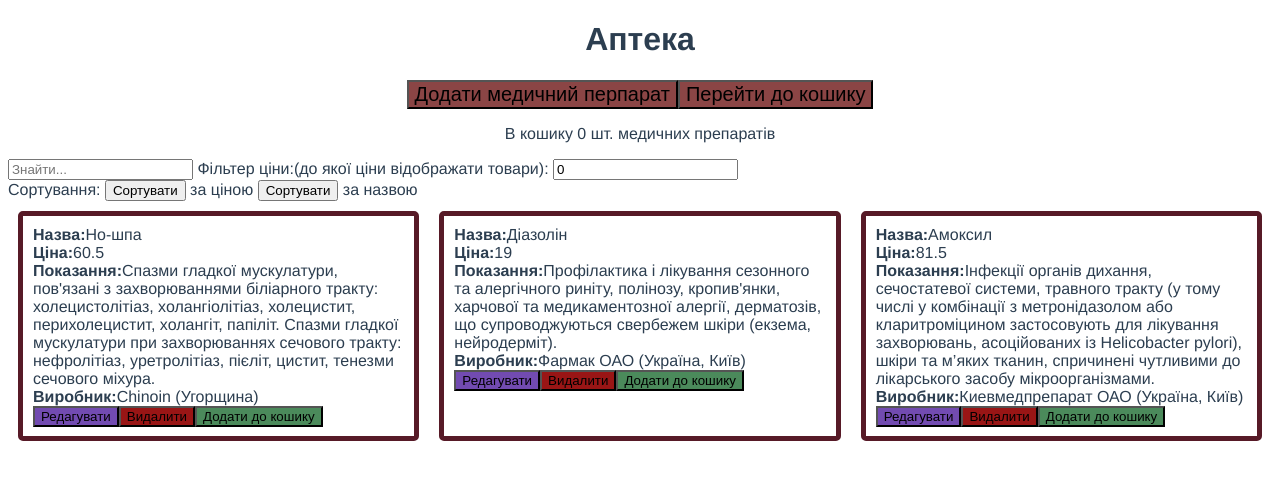
Repository: kristinap8/pharmacy
Page: /
The author's editor kept a copy of each file at every save. The page is drawn from the files as they stood at one save, then again after the next save.
The browser window is 1280 px wide. The pictures show the whole page.
The project was rebuilt for these pictures with package versions that can differ from the ones it lists, and the page was loaded fresh each time. Also part of the build but not shown: src/components/AddMedicineForm/index.vue, src/pages/AddMedicine/index.vue, src/components/EditMedicineForm/index.vue, src/pages/EditMedicine/index.vue, src/components/CartForm/index.vue, src/pages/Cart/index.vue.

Above is the page before, as saved 2020-12-10 10:02:42.

After the next save:
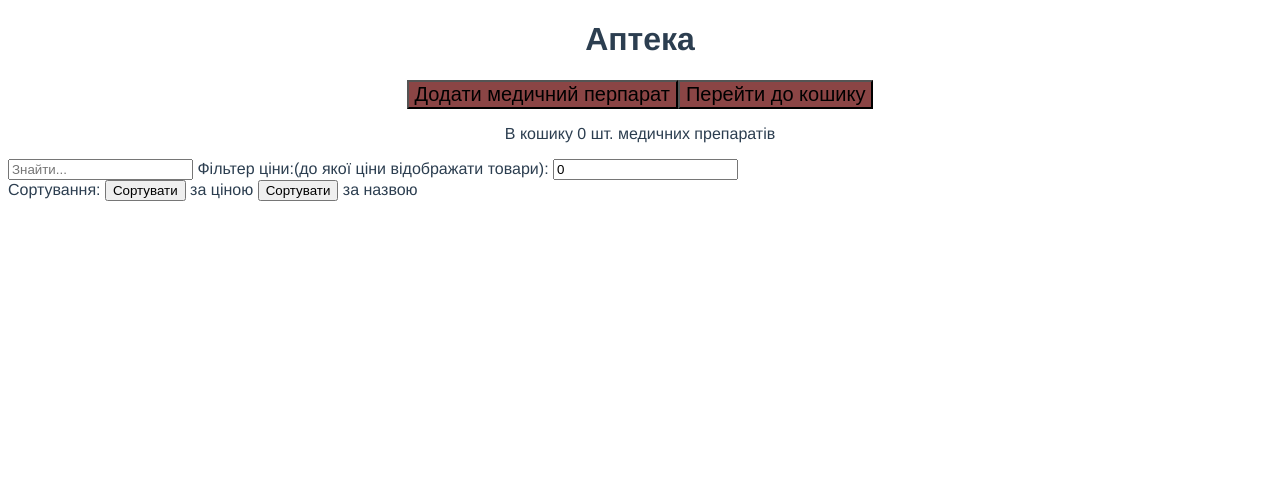
Saved 2 min 21 s later.
--- a/src/components/MedicinesList/index.vue
+++ b/src/components/MedicinesList/index.vue
@@ -47,15 +47,20 @@
         computed: {
             ...mapGetters(['getMedicines']),
             filteredMedicines() {
-           return this.getMedicines.filter((m) => {
+           return this.getMedicines
+             .filter((m) => {
               return (
               m.name.toLowerCase().includes(this.search.toLowerCase()) ||
               m.maker.toLowerCase().includes(this.search.toLowerCase()) ||
               m.requirements.toLowerCase().includes(this.search.toLowerCase())||
               m.price==this.search
-            );
-      });
-        },
+            );})
+            .filter((med_price)=>{
+                return(
+                   this.price<=med_price
+                )
+            })
+       },
     }
 }
 //var sortByName = function (d1, d2) {return (d1.name.toLowerCase() > d2.name.toLowerCase()) ? 1 : -1;};

After the 3 saves that followed:
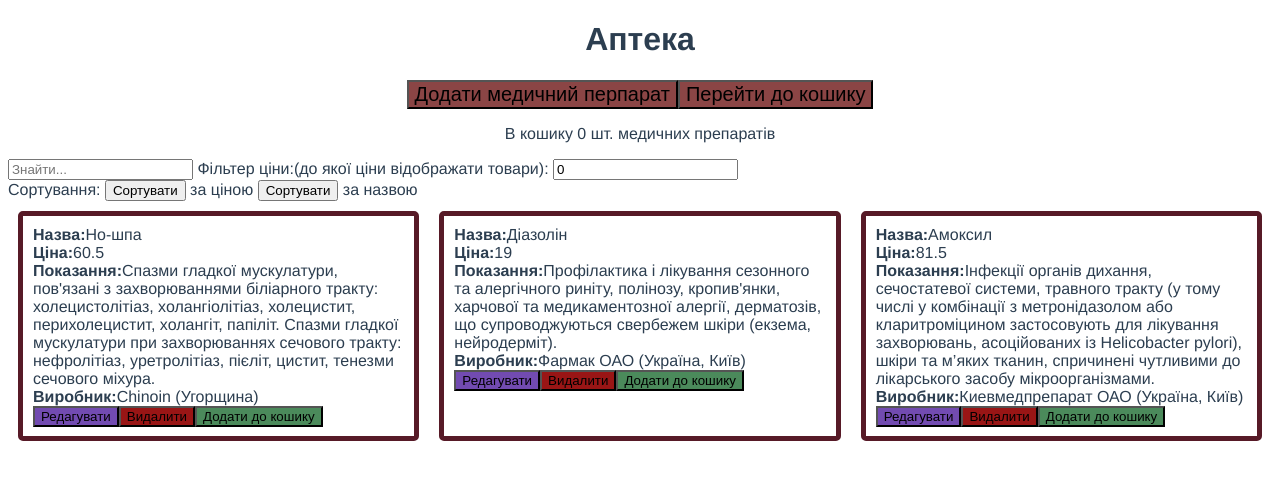
The 3 saves are shown as one change because 2 did not build or start.
The last was saved 4 min 47 s later.
--- a/src/components/MedicinesList/index.vue
+++ b/src/components/MedicinesList/index.vue
@@ -55,14 +55,15 @@
               m.requirements.toLowerCase().includes(this.search.toLowerCase())||
               m.price==this.search
             );})
-            .filter((med_price)=>{
+            .filter((m)=>{
                 return(
-                   this.price<=med_price
+                   m.price >= this.price
                 )
             })
-       },
-    }
-}
+            },
+        }
+       }
+
 //var sortByName = function (d1, d2) {return (d1.name.toLowerCase() > d2.name.toLowerCase()) ? 1 : -1;};
 //var sortByPrice = function (d1, d2) { return (d1.price > d2.price) ? 1 : -1; };
 </script>
